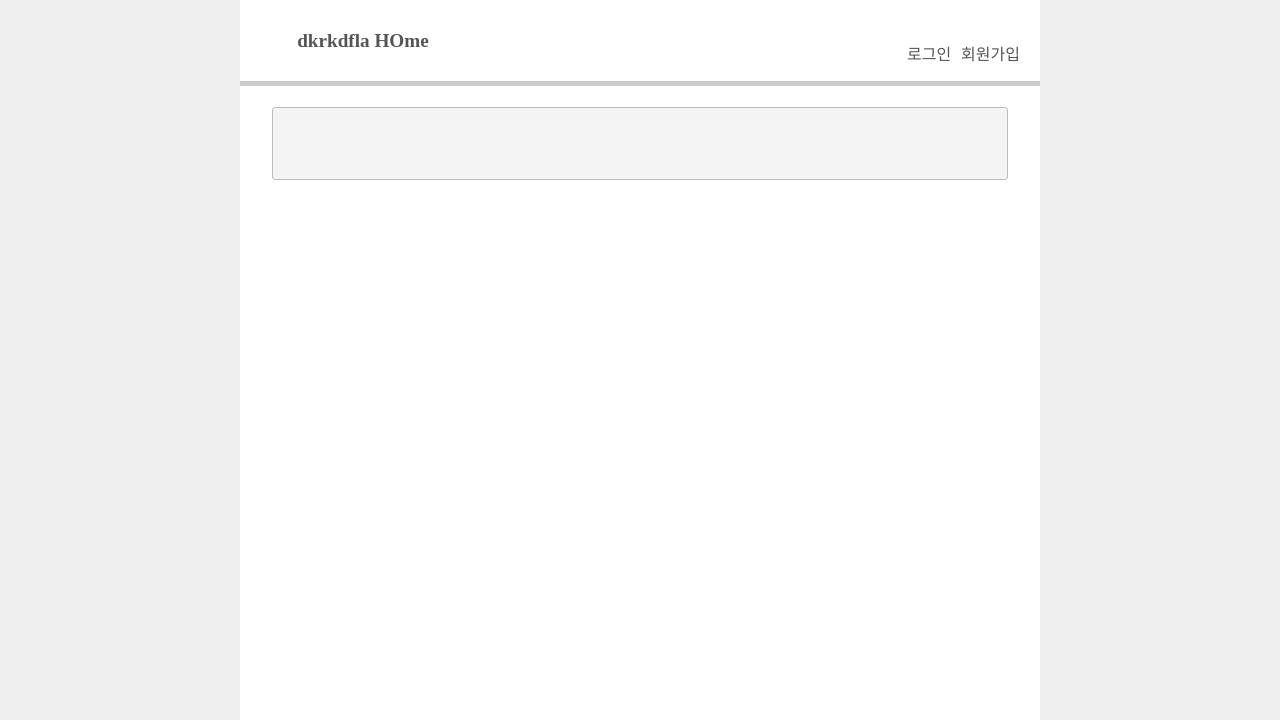
Repository: Dusajang/JSPClass
Page: http://localhost/jspPro/days03/ex05.jsp
The author's editor kept a copy of each file at every save. The page is drawn from the files as they stood at one save, then again after the next save.
The browser window is 1280 px wide. The pictures show the whole page.
Some web fonts or font styles are not loaded; a fallback is used. The page is served by Tomcat 9.

Above is the page before, as saved 2024-10-17 05:37:05.

After the next save:
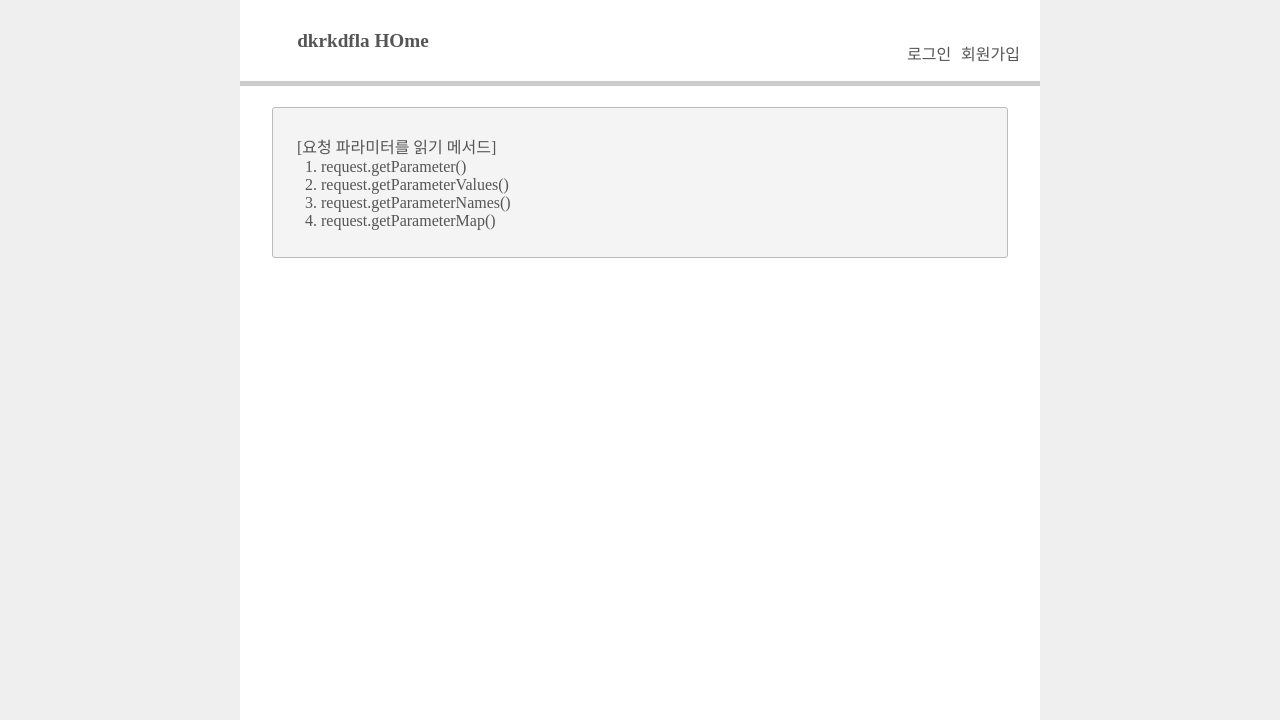
Saved 2 min 36 s later.
--- a/jspPro/src/main/webapp/days03/ex05.jsp
+++ b/jspPro/src/main/webapp/days03/ex05.jsp
@@ -26,7 +26,11 @@
 </header>
 <div>
   <xmp class="code">
-
+  [요청 파라미터를 읽기 메서드]
+    1. request.getParameter()
+    2. request.getParameterValues()
+    3. request.getParameterNames()
+    4. request.getParameterMap()
   </xmp>
 </div>
 </body>
